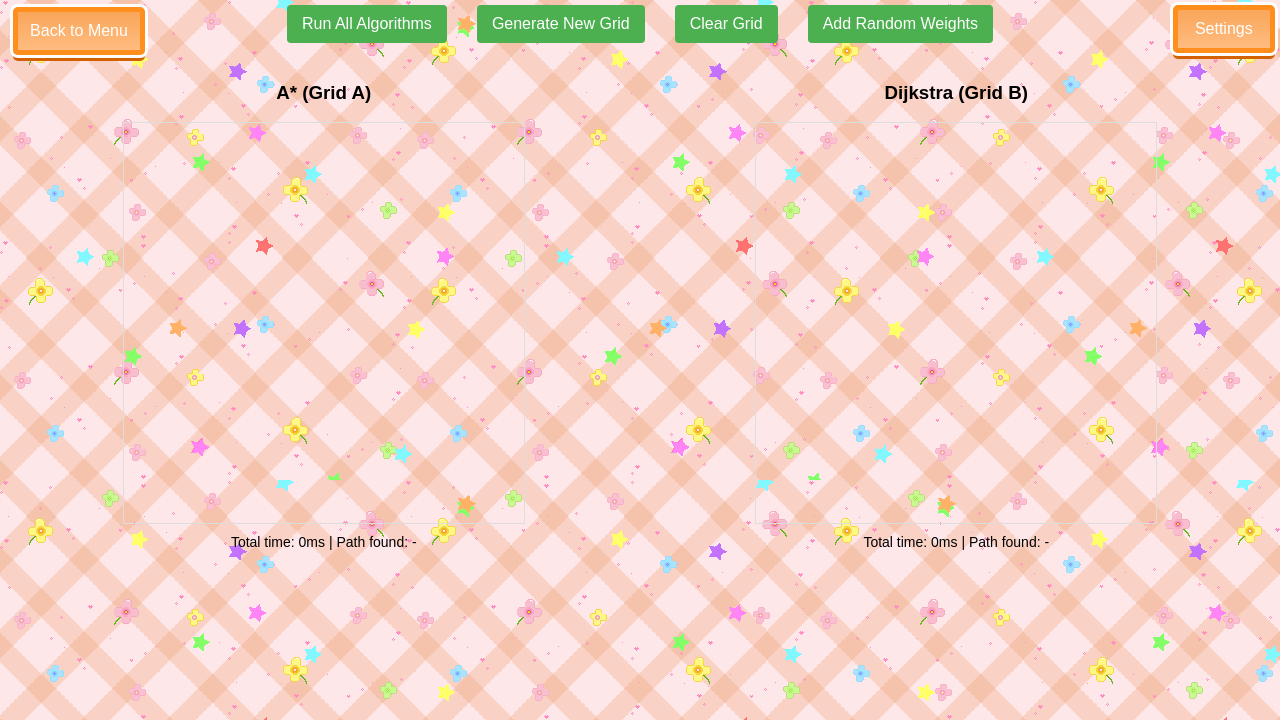
Repository: ramosfranz/Hamster-Crossing
Page: game.html
These files come from the project's save history. The page is drawn as it stood at one moment and after the next save; the edit follows.
The browser window is 1280 px wide. The pictures show the whole page.
Some web fonts or font styles are not loaded; a fallback is used.

Above is the page before, as saved 2025-05-05 22:35:48.
Console error: TypeError: Cannot read properties of undefined (reading '0')

After the next save:
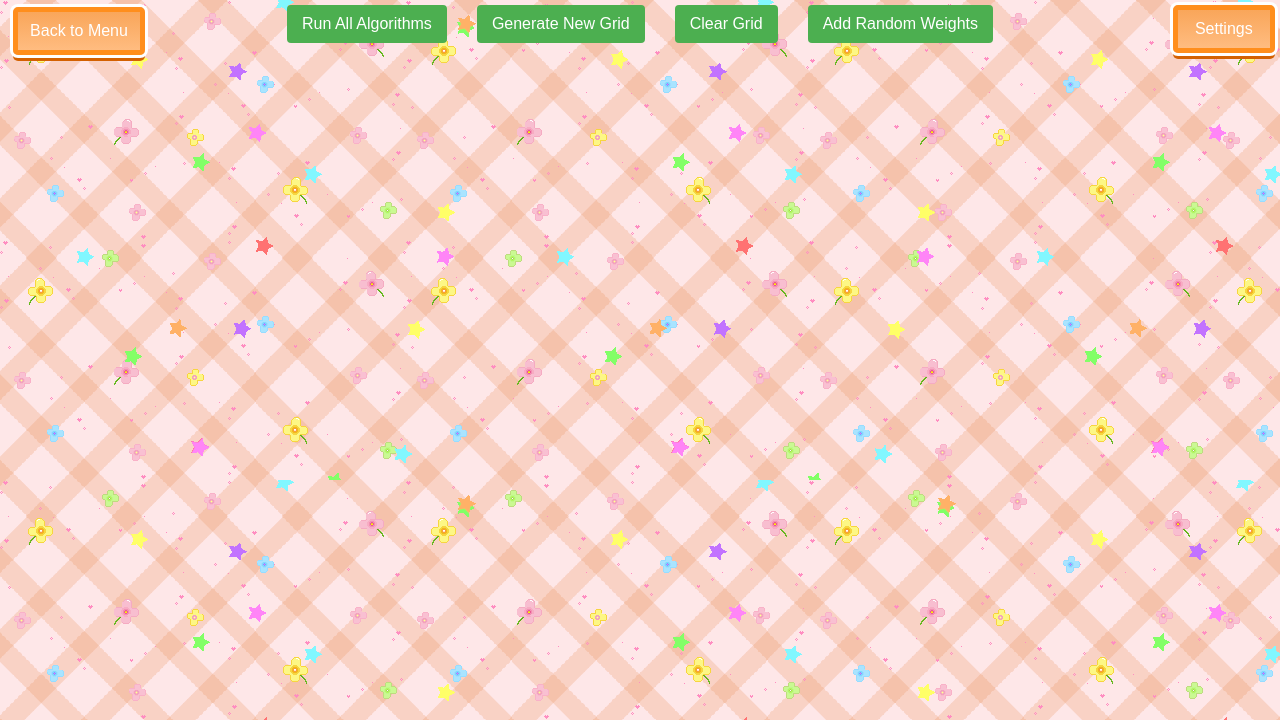
Console error: SyntaxError: Identifier 'setupEventListeners' has already been declared
Saved 2 min 22 s later.
--- a/js/app.js
+++ b/js/app.js
@@ -1,6 +1,6 @@
 import { initializeGrid } from './gridManager.js';
 import { setupEventListeners, renderGrids } from './domManager.js';
-import { setupSettingsEventListeners } from './settings.js';
+import { setupSettingsEventListeners, setupEventListeners } from './settings.js';
 
 export function init() {
     setupSettingsEventListeners();

After the save that followed:
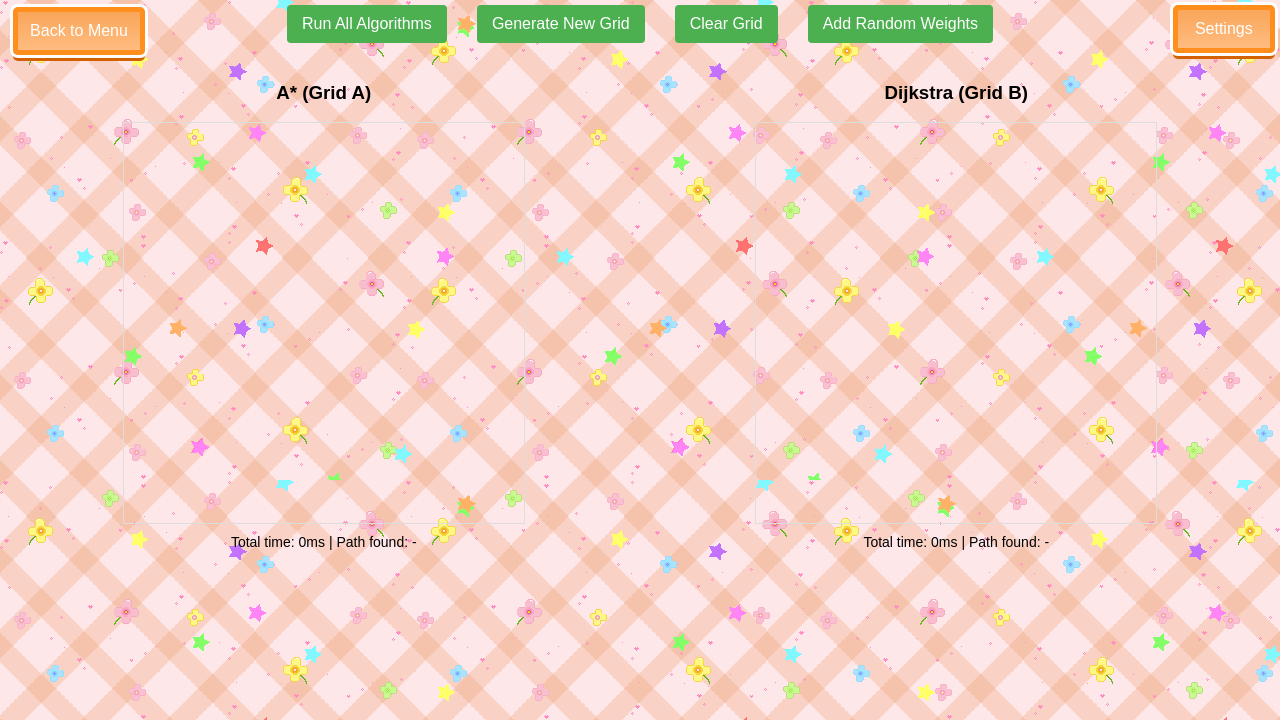
Console error: TypeError: Cannot read properties of undefined (reading '0')
Saved 8 s later.
--- a/js/app.js
+++ b/js/app.js
@@ -1,6 +1,6 @@
 import { initializeGrid } from './gridManager.js';
 import { setupEventListeners, renderGrids } from './domManager.js';
-import { setupSettingsEventListeners, setupEventListeners } from './settings.js';
+import { setupSettingsEventListeners } from './settings.js';
 
 export function init() {
     setupSettingsEventListeners();
